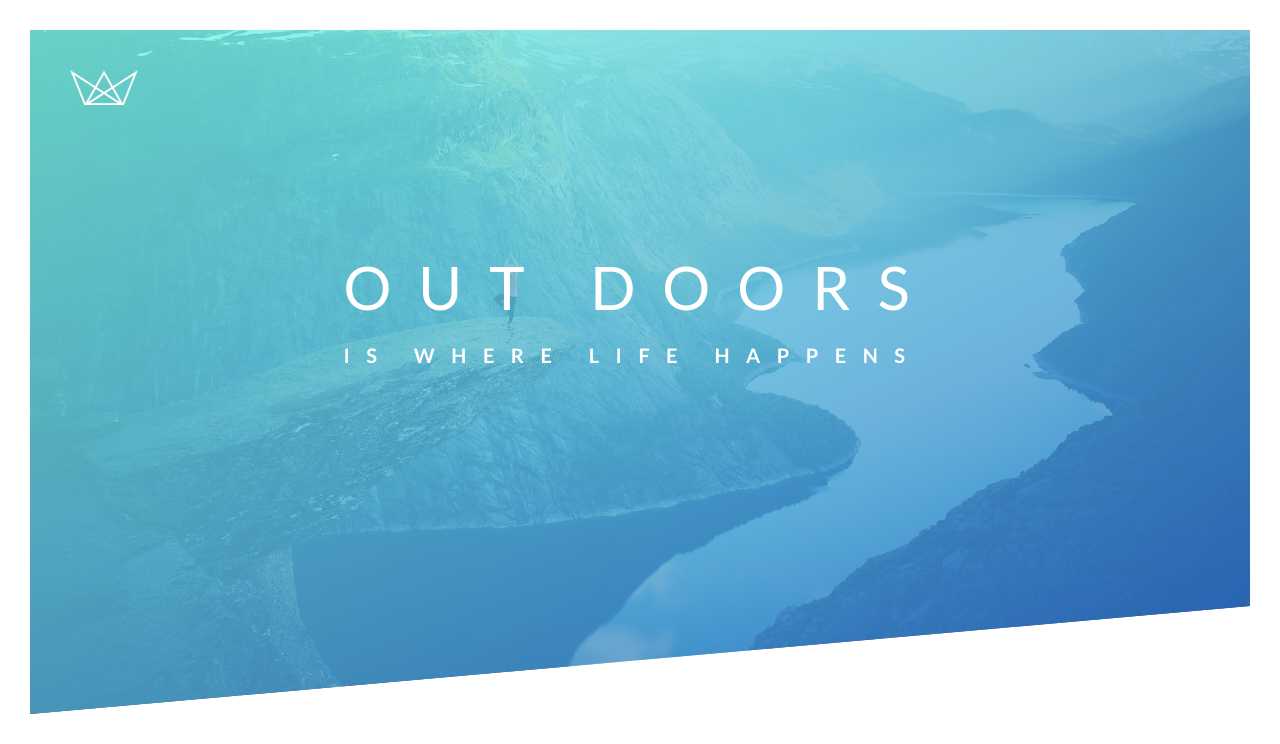
Repository: haokiet2501/natours-page
Page: index.html
The author's editor kept a copy of each file at every save. The page is drawn from the files as they stood at one save, then again after a run of saves.
The browser window is 1280 px wide. The pictures show the whole page.

Above is the page before, as saved 2022-07-31 19:20:33.

After the next 2 saves:
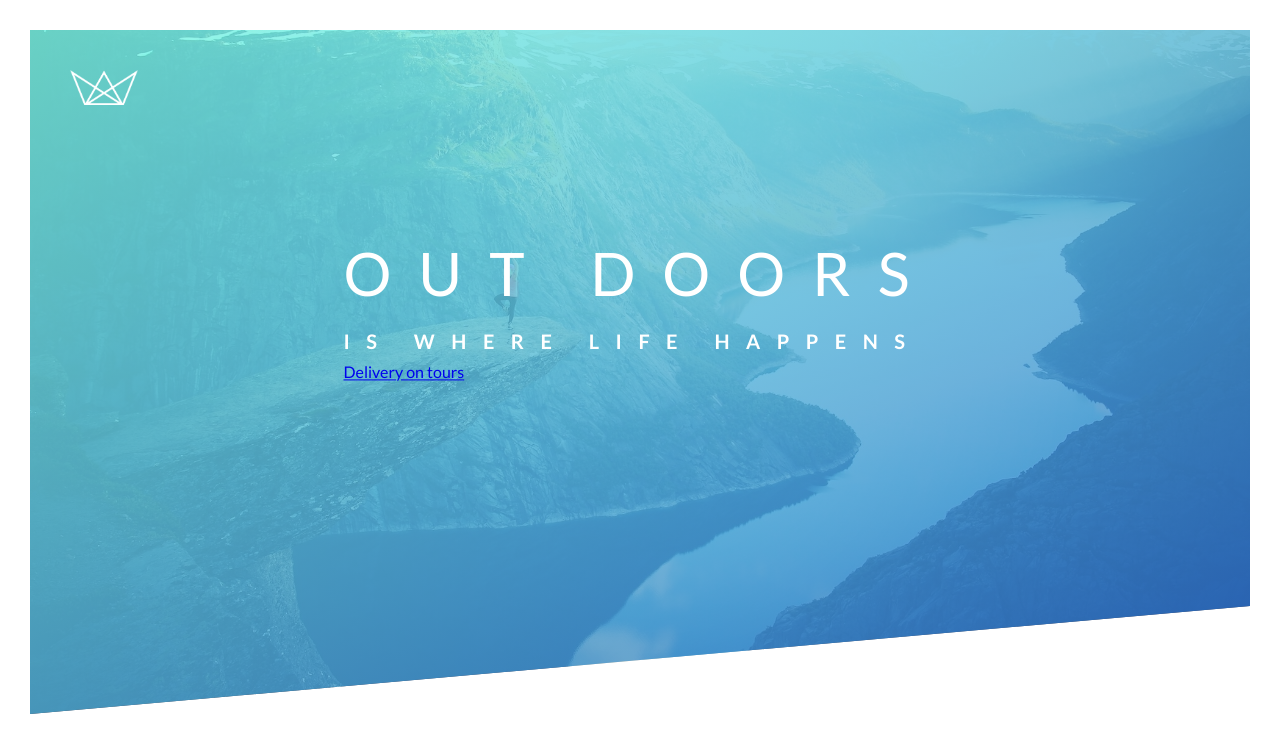
The 2 saves are shown as one change because they came seconds apart.
The last was saved 9 s later.
--- a/index.html
+++ b/index.html
@@ -23,7 +23,7 @@
                 </span>
             </h1>
 
-            <a href="#"></a>
+            <a href="#">Delivery on tours</a>
         </div>
     </header>
 </body>
